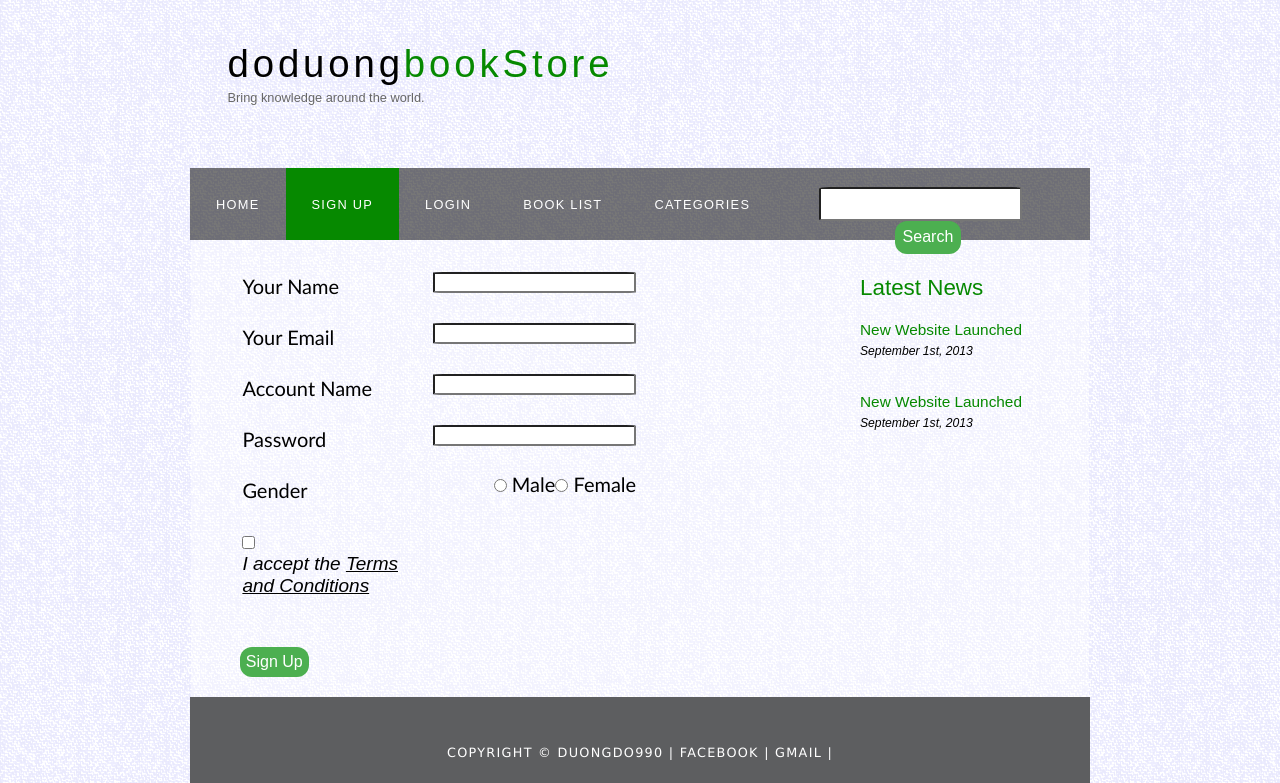
Repository: ngttuyen/JavaWeb
Page: http://localhost/MyWebsite/signup.jsp
The author's editor kept a copy of each file at every save. The page is drawn from the files as they stood at one save, then again after the next save.
The browser window is 1280 px wide. The pictures show the whole page.
The page is served by Tomcat 9.

Above is the page before, as saved 2019-06-01 12:59:22.

After the next save:
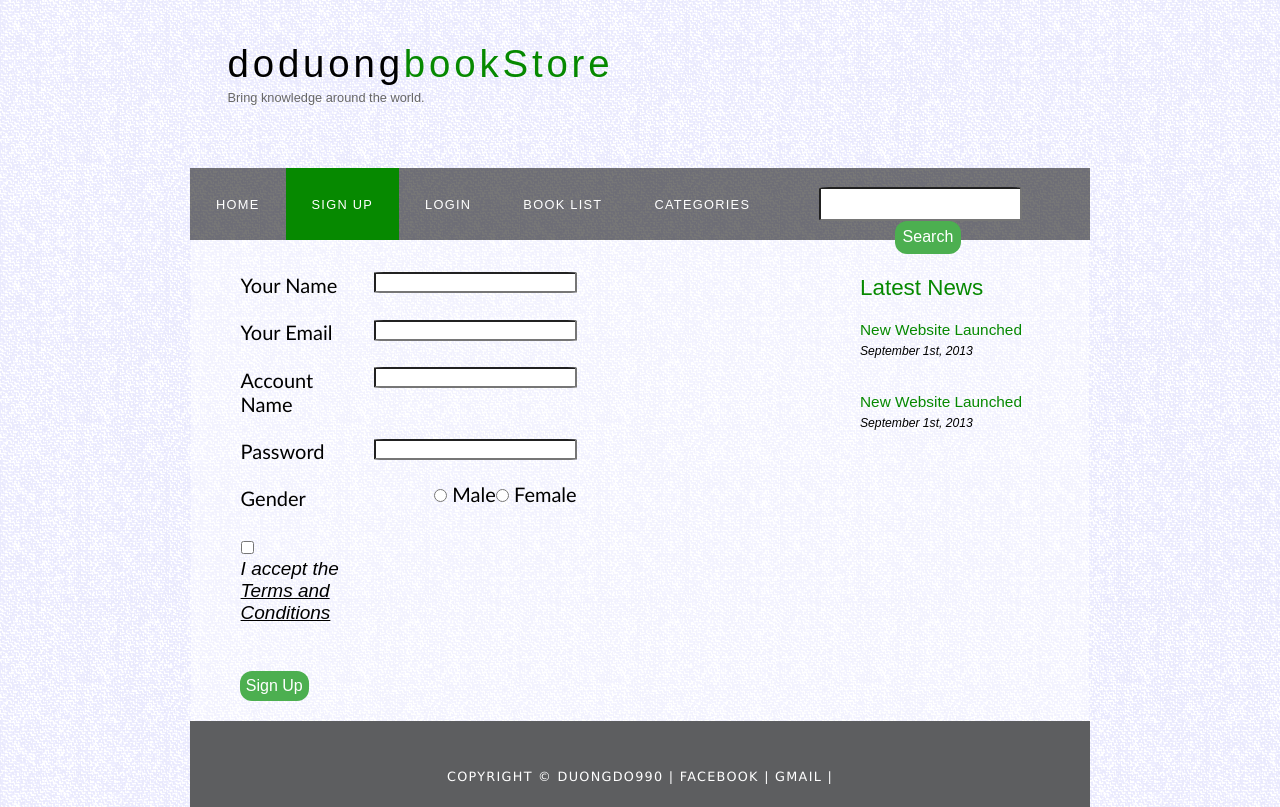
Saved 8 s later.
--- a/MyWebsite/WebContent/styles/style.css
+++ b/MyWebsite/WebContent/styles/style.css
@@ -257,7 +257,7 @@ ul#menu li a:hover, ul#menu li.selected a, ul#menu li.selected a:hover
 	font-weigh: bold;
 }
 table{
-	width: 70%;
+	width: 60%;
 	height: 100%;
 	font-size: 20px;
 	color: black;
